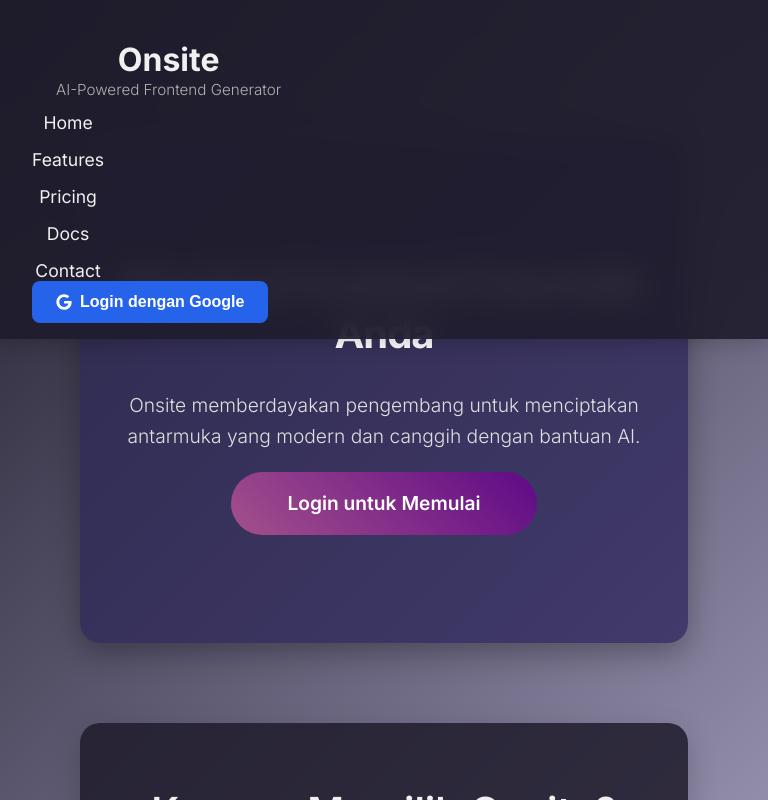
Repository: arifsoul/onsite
Page: / (app in onsite/)
These files come from the project's save history. The page is drawn as it stood at one moment and after the next save; the edit follows.
The browser window is 768 px wide. The pictures show the whole page.
An inner scrolling area shows only its first screen. The project was rebuilt for these pictures with package versions that can differ from the ones it lists, and the page was loaded fresh each time. Also part of the build but not shown: onsite/vite.config.js, onsite/src/components/Editor/CSSPanel.jsx, onsite/src/components/Editor/JSPanel.jsx, onsite/src/components/Editor/ComponentEditor.css, onsite/src/components/Editor/ComponentEditor.jsx, onsite/src/components/Preview/LivePreview.css, onsite/src/components/Preview/LivePreview.jsx, onsite/src/pages/Editor.css and 3 more.

Above is the page before, as saved 2025-04-14 17:52:37.

### onsite/src/index.css
/* src/index.css */
@import url('https://fonts.googleapis.com/css2?family=Inter:wght@400;600;700&display=swap');

* {
  margin: 0;
  padding: 0;
  box-sizing: border-box;
}

html, body {
  height: 100%;
  width: 100%;
  overflow-x: hidden; /* Mencegah scroll horizontal */
}

body {
  font-family: 'Inter', sans-serif;
  background-color: #f8f9fa;
}

#root {
  display: flex;
  flex-direction: column;
  min-height: 100vh;
  width: 100%;
}

### onsite/src/App.jsx
import { BrowserRouter as Router, Routes, Route } from 'react-router-dom';
import { Auth0Provider } from '@auth0/auth0-react';
import { CodeProvider } from './context/CodeContext';
import Home from './pages/Home';
import Editor from './pages/Editor';
import Login from './pages/Login';
import './App.css';

function App() {
  return (
    <Auth0Provider
      domain={import.meta.env.VITE_AUTH0_DOMAIN}
      clientId={import.meta.env.VITE_AUTH0_CLIENT_ID}
      redirectUri={window.location.origin}
    >
      <CodeProvider>
        <Router>
          <Routes>
            <Route path="/" element={<Home />} />
            <Route path="/login" element={<Login />} />
            <Route path="/editor" element={<Editor />} />
          </Routes>
        </Router>
      </CodeProvider>
    </Auth0Provider>
  );
}

export default App;

### onsite/src/context/CodeContext.jsx
import { createContext, useState, useContext } from 'react';

const CodeContext = createContext();

export const CodeProvider = ({ children }) => {
  const [generatedCode, setGeneratedCode] = useState({
    html: '',
    css: '',
    js: '',
  });
  const [components, setComponents] = useState([]);

  const updateComponent = (id, updates) => {
    setComponents((prev) =>
      prev.map((comp) =>
        comp.id === id ? { ...comp, ...updates } : comp
      )
    );
  };

  return (
    <CodeContext.Provider
      value={{ generatedCode, setGeneratedCode, components, setComponents, updateComponent }}
    >
      {children}
    </CodeContext.Provider>
  );
};

export const useCode = () => useContext(CodeContext);

### onsite/src/pages/Home.jsx
import React, { useState } from 'react';
import { useAuth0 } from '@auth0/auth0-react';
import AIGenerator from '../components/Generator/AIGenerator';
import GoogleLogin from '../components/Auth/GoogleLogin';
import { Link } from 'react-router-dom';
import './Home.css';

const Home = () => {
  const { isAuthenticated } = useAuth0();
  const [htmlCode, setHtmlCode] = useState('<h1>Hello World</h1>');
  const [cssCode, setCssCode] = useState('h1 { color: #1e40af; }');
  const [jsCode, setJsCode] = useState('console.log("Hello World");');
  const [activeTab, setActiveTab] = useState('html');

  const iframeCode = `
<html>
  <head>
    <style>${cssCode}</style>
  </head>
  <body>
    ${htmlCode}
    <script>${jsCode}</script>
  </body>
</html>
  `.trim();

  return (
    <div className="home-container">
      <header className="home-header">
        <div className="logo">
          <h1>Onsite</h1>
          <span>AI-Powered Frontend Generator</span>
        </div>
        <nav className="nav-menu">
          <ul>
            <li><Link to="/">Home</Link></li>
            <li><Link to="/features">Features</Link></li>
            <li><Link to="/pricing">Pricing</Link></li>
            <li><Link to="/docs">Docs</Link></li>
            <li><Link to="/contact">Contact</Link></li>
          </ul>
        </nav>
        <GoogleLogin />
      </header>
      <main className="home-main">
        <section className="hero-section">
          <h2>Revolusi Frontend Futuristik Anda</h2>
          <p>
            Onsite memberdayakan pengembang untuk menciptakan antarmuka yang modern dan canggih dengan bantuan AI.
          </p>
          <Link to={isAuthenticated ? '/editor' : '/login'} className="hero-cta">
            {isAuthenticated ? 'Mulai Mengedit Sekarang' : 'Login untuk Memulai'}
          </Link>
        </section>
        <section className="description-section">
          <h2>Kenapa Memilih Onsite?</h2>
          <p>
            Dengan menggabungkan kecerdasan buatan dengan teknologi frontend terkini, Onsite menghadirkan solusi responsif dan profesional untuk kebutuhan bisnis Anda.
          </p>
          <ul>
            <li>Generasi kode cepat dan akurat.</li>
            <li>Edit komponen secara visual dengan antarmuka futuristik.</li>
            <li>Integrasi yang mulus dengan proyek Anda.</li>
          </ul>
        </section>
        <section className="code-playground">
          <div className="generator-section">
            <h3>AI Generator</h3>
            <AIGenerator
              onGenerate={(html, css, js) => {
                setHtmlCode(html);
                setCssCode(css);
                setJsCode(js);
              }}
            />
          </div>
          <div className="preview-section">
            <h3>Preview</h3>
            <iframe
              srcDoc={iframeCode}
              className="preview-iframe"
              sandbox="allow-scripts"
              title="Live Preview"
            />
          </div>
          <div className="editor-section">
            <h3>Code Editor</h3>
            <div className="tabs">
              <button
                className={activeTab === 'html' ? 'active' : ''}
                onClick={() => setActiveTab('html')}
              >
                HTML
              </button>
              <button
                className={activeTab === 'css' ? 'active' : ''}
                onClick={() => setActiveTab('css')}
              >
                CSS
              </button>
              <button
                className={activeTab === 'js' ? 'active' : ''}
                onClick={() => setActiveTab('js')}
              >
                JS
              </button>
            </div>
            <div className="code-editor">
              {activeTab === 'html' && (
                <textarea
                  value={htmlCode}
                  onChange={(e) => setHtmlCode(e.target.value)}
                  placeholder="Masukkan kode HTML..."
                />
              )}
              {activeTab === 'css' && (
                <textarea
                  value={cssCode}
                  onChange={(e) => setCssCode(e.target.value)}
                  placeholder="Masukkan kode CSS..."
                />
              )}
              {activeTab === 'js' && (
                <textarea
                  value={jsCode}
                  onChange={(e) => setJsCode(e.target.value)}
                  placeholder="Masukkan kode JavaScript..."
                />
              )}
            </div>
          </div>
        </section>
      </main>
      <footer className="home-footer">
        <p>© 2025 Onsite. All rights reserved.</p>
      </footer>
    </div>
  );
};

export default Home;

### onsite/src/components/Generator/AIGenerator.jsx
import { useState } from 'react';
import { useCode } from '../../context/CodeContext';
import { generateCode } from '../../services/deepseekApi';
import './AIGenerator.css';

const AIGenerator = () => {
  const [prompt, setPrompt] = useState('');
  const [error, setError] = useState(null);
  const { setGeneratedCode, setComponents } = useCode();

  const handleGenerate = async () => {
    try {
      setError(null);
      const response = await generateCode(prompt);
      const { html, css, js, components } = response.data;
      setGeneratedCode({ html, css, js });
      setComponents(components || []);
    } catch (error) {
      setError('Gagal menghasilkan kode.');
    }
  };

  return (
    <div className="generator-container">
      <textarea
        value={prompt}
        onChange={(e) => setPrompt(e.target.value)}
        placeholder="Tulis deskripsi UI Anda di sini..."
        className="prompt-input code-editor"
      />
      <button onClick={handleGenerate} className="generate-btn">
        Generate Kode
      </button>
      {error && <p className="error-message">{error}</p>}
    </div>
  );
};

export default AIGenerator;

### onsite/src/components/Auth/GoogleLogin.jsx
import { useAuth0 } from '@auth0/auth0-react';
import { FaGoogle } from 'react-icons/fa';
import './GoogleLogin.css';

const GoogleLogin = () => {
  const { loginWithRedirect, isAuthenticated, user, logout } = useAuth0();

  return (
    <div>
      {isAuthenticated ? (
        <div className="user-info">
          <img src={user?.picture} alt={user?.name} />
          <span>{user?.name}</span>
          <button
            className="logout-btn"
            onClick={() => logout({ returnTo: window.location.origin })}
          >
            Logout
          </button>
        </div>
      ) : (
        <button
          className="google-login-btn"
          onClick={() => loginWithRedirect({ connection: 'google-oauth2' })}
        >
          <FaGoogle /> Login dengan Google
        </button>
      )}
    </div>
  );
};

export default GoogleLogin;

### onsite/src/pages/Home.css
@import url('https://fonts.googleapis.com/css2?family=Inter:wght@300;400;600;700&display=swap');

body {
  margin: 0;
  font-family: 'Inter', sans-serif;
  background: linear-gradient(135deg, #1f1c2c, #928dab);
  overflow-x: hidden;
}

/* Layout Container */
.home-container {
    display: flex;
    flex-direction: column;
    min-height: 100vh;
    max-width: 100%; /* Changed from width: 100vw to avoid overflow */
    background: transparent;
  }

/* Header */
.home-header {
  display: flex;
  justify-content: space-between;
  align-items: center;
  padding: 1rem 3rem;
  background: rgba(31, 28, 44, 0.9);
  backdrop-filter: blur(15px);
  position: fixed;
  top: 0;
  left: 0;
  width: 100%;
  z-index: 1000;
  box-shadow: 0 4px 20px rgba(0, 0, 0, 0.2);
}

.logo h1 {
  font-size: 2rem;
  font-weight: 700;
  color: #f0f0f0;
  margin: 0;
}

.logo span {
  font-size: 0.95rem;
  font-weight: 300;
  color: #b0b0b0;
}

.nav-menu ul {
  list-style: none;
  display: flex;
  gap: 2rem;
  margin: 0;
  padding: 0;
}

.nav-menu a {
  text-decoration: none;
  color: #f0f0f0;
  font-weight: 500;
  font-size: 1.1rem;
  transition: color 0.3s ease, transform 0.3s ease;
}

.nav-menu a:hover {
  color: #a4508b;
  transform: translateY(-2px);
}

/* Main Content */
.home-main {
    padding: 100px 3rem 3rem; /* Increased horizontal padding from 2rem to 3rem */
    max-width: 1400px; /* Added max-width to constrain content */
    margin: 0 auto; /* Center the main content */
  }

/* Hero Section */
.hero-section {
    text-align: center;
    padding: 8rem 2rem;
    background: linear-gradient(135deg, #2e2a4d, #413a6b);
    border-radius: 20px;
    margin-bottom: 5rem;
    color: #ffffff;
    box-shadow: 0 10px 30px rgba(0, 0, 0, 0.3);
    animation: fadeIn 1s ease-in-out;
    max-width: 1200px; /* Constrain width */
    margin-left: auto;
    margin-right: auto;
  }

.hero-section h2 {
  font-size: 3.5rem;
  font-weight: 700;
  letter-spacing: -1px;
  margin-bottom: 2rem;
  color: #ffffff;
}

.hero-section p {
  font-size: 1.5rem;
  font-weight: 300;
  max-width: 700px;
  margin: 0 auto 2.5rem;
  line-height: 1.6;
  color: #e0e0e0;
}

.hero-cta {
  padding: 1.2rem 3.5rem;
  background: linear-gradient(45deg, #a4508b, #5f0a87);
  color: #ffffff;
  text-decoration: none;
  border-radius: 50px;
  font-size: 1.2rem;
  font-weight: 600;
  transition: transform 0.3s ease, box-shadow 0.3s ease;
}

.hero-cta:hover {
  transform: translateY(-5px);
  box-shadow: 0 10px 20px rgba(95, 10, 135, 0.5);
}

/* Description Section */
.description-section {
    padding: 4rem;
    background: rgba(31, 28, 44, 0.85);
    border-radius: 20px;
    box-shadow: 0 10px 30px rgba(0, 0, 0, 0.2);
    margin-bottom: 5rem;
    color: #f0f0f0;
    animation: fadeInUp 1s ease-in-out;
    max-width: 1200px; /* Constrain width */
    margin-left: auto;
    margin-right: auto;
  }

.description-section h2 {
  font-size: 2.5rem;
  font-weight: 600;
  margin-bottom: 2rem;
}

.description-section p {
  font-size: 1.3rem;
  font-weight: 300;
  line-height: 1.6;
}

.description-section ul {
  list-style: none;
  padding: 0;
}

.description-section li {
  font-size: 1.2rem;
  margin-bottom: 1.5rem;
  padding-left: 2rem;
  position: relative;
}

.description-section li::before {
  content: '→';
  position: absolute;
  left: 0;
  color: #a4508b;
}

/* Code Playground */
.code-playground {
    display: grid;
    grid-template-columns: repeat(auto-fit, minmax(300px, 1fr));
    gap: 2.5rem;
    padding: 4rem;
    background: rgba(31, 28, 44, 0.75);
    border-radius: 20px;
    box-shadow: 0 10px 30px rgba(0, 0, 0, 0.3);
    margin-bottom: 5rem;
    max-width: 1200px; /* Constrain width */
    margin-left: auto;
    margin-right: auto;
  }

.generator-section,
.preview-section,
.editor-section {
  padding: 2rem;
  background: #ffffff15;
  border: 1px solid #ffffff20;
  border-radius: 16px;
  transition: transform 0.3s ease, box-shadow 0.3s ease;
  backdrop-filter: blur(10px);
}

.generator-section:hover,
.preview-section:hover,
.editor-section:hover {
  transform: translateY(-10px);
  box-shadow: 0 10px 25px rgba(0, 0, 0, 0.5);
}

.code-playground h3 {
  font-size: 1.8rem;
  font-weight: 600;
  margin-bottom: 1.5rem;
  color: #ffffff;
}

.preview-iframe {
  width: 100%;
  height: 450px;
  border: none;
  border-radius: 12px;
  background: #1e1e1e;
  box-shadow: 0 6px 20px rgba(0, 0, 0, 0.4);
}

.tabs {
  display: flex;
  gap: 0.75rem;
  margin-bottom: 1.5rem;
}

.tabs button {
  padding: 0.8rem 2rem;
  background: #ffffff20;
  border: none;
  cursor: pointer;
  border-radius: 50px;
  font-size: 1rem;
  font-weight: 500;
  color: #ffffff;
  transition: all 0.3s ease;
}

.tabs button.active {
  background: linear-gradient(45deg, #a4508b, #5f0a87);
  color: #ffffff;
}

.tabs button:hover:not(.active) {
  background: #ffffff30;
}

.code-editor textarea {
  width: 100%;
  height: 300px;
  font-family: 'Courier New', Courier, monospace;
  font-size: 1rem;
  padding: 1.5rem;
  border: none;
  border-radius: 12px;
  background: #1e1e1e;
  color: #f0f0f0;
  resize: vertical;
  box-shadow: inset 0 2px 10px rgba(0, 0, 0, 0.2);
  transition: box-shadow 0.3s ease;
}

.code-editor textarea:focus {
  outline: none;
  box-shadow: 0 0 0 4px rgba(95, 10, 135, 0.4);
}

/* Footer */
.home-footer {
  text-align: center;
  padding: 3rem;
  background: rgba(31, 28, 44, 0.9);
  color: #b0b0b0;
  font-size: 1rem;
  letter-spacing: 0.5px;
}

/* Animations */
@keyframes fadeIn {
  from { opacity: 0; }
  to { opacity: 1; }
}

@keyframes fadeInUp {
  from { opacity: 0; transform: translateY(20px); }
  to { opacity: 1; transform: translateY(0); }
}

/* Responsive Design */
@media (max-width: 1024px) {
  .code-playground {
    grid-template-columns: repeat(auto-fit, minmax(300px, 1fr));
  }
}

@media (max-width: 768px) {
  .home-header {
    padding: 1rem 2rem;
    flex-direction: column;
    align-items: flex-start;
  }

  .nav-menu ul {
    flex-direction: column;
    gap: 1rem;
    width: 100%;
  }

  .hero-section h2 {
    font-size: 2.5rem;
  }

  .hero-section p {
    font-size: 1.2rem;
  }

  .code-playground {
    grid-template-columns: 1fr;
  }

  .preview-iframe {
    height: 350px;
  }

  .code-editor textarea {
    height: 250px;
  }
}

### onsite/src/services/deepseekApi.js
import axios from 'axios';

const API_KEY = import.meta.env.VITE_DEEPSEEK_API_KEY;
const BASE_URL = 'https://api.deepseek.com';

export const generateCode = async (prompt) => {
  if (!API_KEY) {
    throw new Error('DeepSeek API key is missing. Please set VITE_DEEPSEEK_API_KEY in .env.');
  }

  if (!prompt || prompt.trim() === '') {
    throw new Error('Prompt cannot be empty.');
  }

  try {
    const response = await axios.post(
      `${BASE_URL}/chat/completions`,
      {
        model: 'deepseek-chat',
        messages: [
          {
            role: 'system',
            content:
              'You are an AI that generates React component code (HTML, CSS, JS) based on user descriptions. Return structured JSON with html, css, js, and components array.',
          },
          { role: 'user', content: prompt },
        ],
        stream: false,
      },
      {
        headers: {
          'Content-Type': 'application/json',
          Authorization: `Bearer ${API_KEY}`,
        },
      }
    );
    return response;
  } catch (error) {
    console.error('DeepSeek API Error:', {
      message: error.message,
      status: error.response?.status,
      data: error.response?.data,
    });
    throw new Error(
      error.response?.data?.error?.message || 'Failed to generate code. Please check API key and network.'
    );
  }
};

### onsite/src/components/Generator/AIGenerator.css
.generator-container {
  display: flex;
  flex-direction: column;
  gap: 1.5rem;
  height: 100%;
}

.prompt-input.code-editor {
  width: 100%;
  min-height: 250px;
  padding: 1.5rem;
  border: 1px solid #d1d5db;
  border-radius: 8px;
  font-family: 'Courier New', Courier, monospace;
  font-size: 1rem;
  background-color: #f9fafb;
  color: #1f2937;
  resize: vertical;
}

.prompt-input:focus {
  border-color: #2563eb;
  outline: none;
}

.generate-btn {
  padding: 0.75rem 1.5rem;
  background-color: #2563eb;
  color: #ffffff;
  border: none;
  border-radius: 8px;
  font-weight: 600;
}

.generate-btn:hover {
  background-color: #1d4ed8;
}

.error-message {
  color: #dc2626;
  font-size: 0.9rem;
}

### onsite/src/components/Auth/GoogleLogin.css
/* src/components/Auth/GoogleLogin.css */
.google-login-btn {
  display: flex;
  align-items: center;
  gap: 0.5rem;
  padding: 0.75rem 1.5rem;
  background-color: #2563eb;
  color: #ffffff;
  border: none;
  border-radius: 8px;
  font-size: 1rem;
  font-weight: 600;
  cursor: pointer;
  transition: background-color 0.2s;
}

.google-login-btn:hover {
  background-color: #1d4ed8;
}

.user-info {
  display: flex;
  align-items: center;
  gap: 0.75rem;
}

.user-info img {
  border-radius: 50%;
  width: 36px;
  height: 36px;
}

.user-info span {
  font-size: 1rem;
  color: #1f2937;
}

.logout-btn {
  padding: 0.5rem 1rem;
  background-color: #dc2626;
  color: #ffffff;
  border: none;
  border-radius: 8px;
  font-size: 0.9rem;
  font-weight: 600;
  cursor: pointer;
  transition: background-color 0.2s;
}

.logout-btn:hover {
  background-color: #b91c1c;
}

Loaded but not shown: onsite/index.html (common file); onsite/src/main.jsx (common file); onsite/src/App.css (common file)

After the next save:
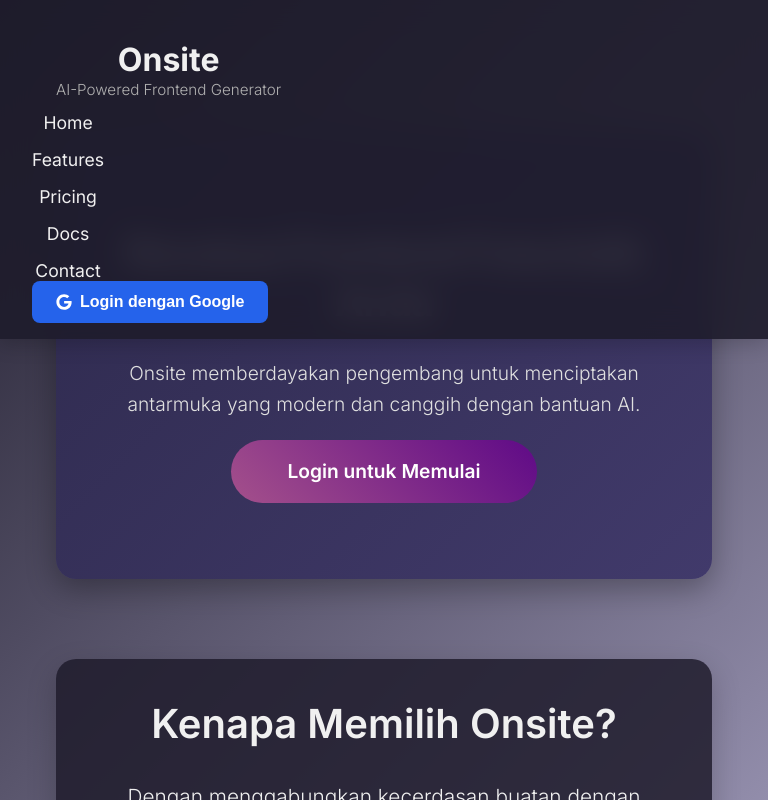
Saved 18 s later.
--- a/onsite/src/pages/Home.css
+++ b/onsite/src/pages/Home.css
@@ -284,11 +284,23 @@
 }
 
 /* Responsive Design */
-@media (max-width: 1024px) {
-  .code-playground {
-    grid-template-columns: repeat(auto-fit, minmax(300px, 1fr));
-  }
-}
+@media (max-width: 768px) {
+    .home-main {
+      padding: 100px 1.5rem 3rem; /* Slightly reduced padding for smaller screens */
+    }
+
+    .hero-section {
+      padding: 6rem 1.5rem; /* Adjusted padding */
+    }
+
+    .description-section {
+      padding: 2.5rem; /* Adjusted padding */
+    }
+
+    .code-playground {
+      padding: 2.5rem; /* Adjusted padding */
+    }
+  }
 
 @media (max-width: 768px) {
   .home-header {
